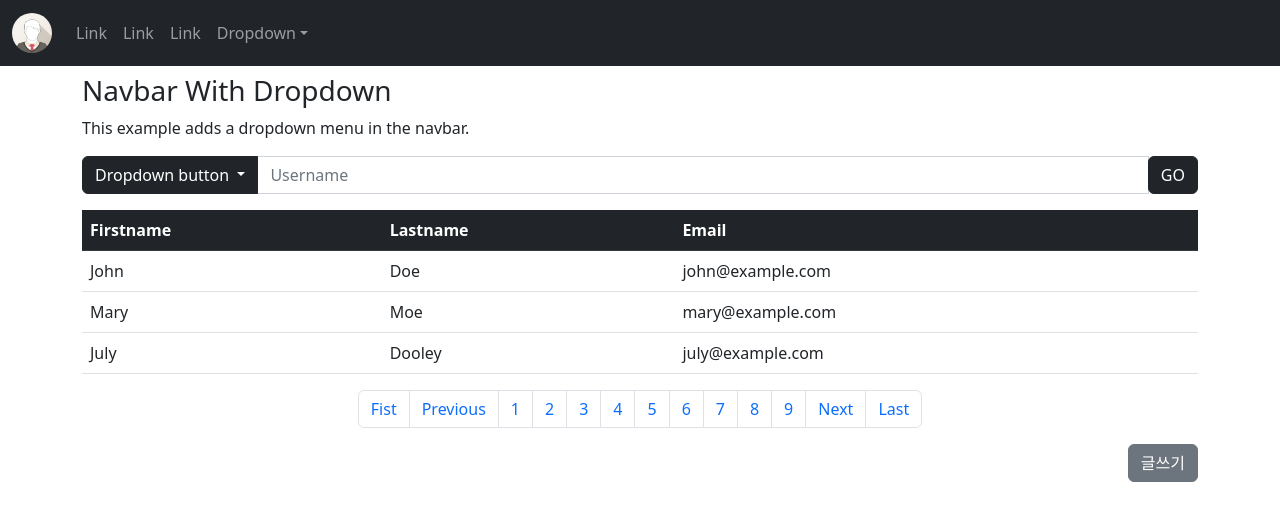
Repository: seoyeon0619/WebProgramming
Page: workspace1/myhome2/src/main/webapp/디자인/board_write.html
These files come from the project's save history. The page is drawn as it stood at one moment and after the next save; the edit follows.
The browser window is 1280 px wide. The pictures show the whole page.

Above is the page before, as saved 2022-12-30 01:40:20.

### workspace1/myhome2/src/main/webapp/디자인/board_write.html
<!DOCTYPE html>
<html lang="en">
<head>
  <title>Bootstrap Example</title>
  <meta charset="utf-8">
  <meta name="viewport" content="width=device-width, initial-scale=1">
  <link href="https://cdn.jsdelivr.net/npm/bootstrap@5.2.3/dist/css/bootstrap.min.css" rel="stylesheet">
  <script src="https://cdn.jsdelivr.net/npm/bootstrap@5.2.3/dist/js/bootstrap.bundle.min.js"></script>
</head>
<body>

<nav class="navbar navbar-expand-sm bg-dark navbar-dark">
  <div class="container-fluid">
   	<a class="navbar-brand" href="#">
      <img src="/myhome2/images/p.png" alt="Logo" style="width:40px;" class="rounded-pill">
    </a>

    <button class="navbar-toggler" type="button" data-bs-toggle="collapse" data-bs-target="#collapsibleNavbar">
      <span class="navbar-toggler-icon"></span>
    </button>

    <div class="collapse navbar-collapse" id="collapsibleNavbar">
      <ul class="navbar-nav">
        <li class="nav-item">
          <a class="nav-link" href="#">Link</a>
        </li>
        <li class="nav-item">
          <a class="nav-link" href="#">Link</a>
        </li>
        <li class="nav-item">
          <a class="nav-link" href="#">Link</a>
        </li>
        <li class="nav-item dropdown">
          <a class="nav-link dropdown-toggle" href="#" role="button" data-bs-toggle="dropdown">Dropdown</a>
          <ul class="dropdown-menu">
            <li><a class="dropdown-item" href="#">Link</a></li>
            <li><a class="dropdown-item" href="#">Another link</a></li>
            <li><a class="dropdown-item" href="#">A third link</a></li>
          </ul>
        </li>
      </ul>
    </div>
  </div>
</nav>

<div class="container">
	<h1> </h1>
  <h3>Navbar With Dropdown</h3>
  <p>This example adds a dropdown menu in the navbar.</p>

  <div class="input-group mt-3 mb-3">
    <button type="button" class="btn btn-dark dropdown-toggle" data-bs-toggle="dropdown">
      Dropdown button
    </button>
    <ul class="dropdown-menu">
      <li><a class="dropdown-item" href="#">Link 1</a></li>
      <li><a class="dropdown-item" href="#">Link 2</a></li>
      <li><a class="dropdown-item" href="#">Link 3</a></li>
    </ul>
    <input type="text" class="form-control" placeholder="Username">
    <div class="input-group-append">
    	<button class="btn btn-dark" type="button">GO</button>
    </div>
  </div>

  <table class="table">
    <thead class="table-dark">
      <tr>
        <th>Firstname</th>
        <th>Lastname</th>
        <th>Email</th>
      </tr>
    </thead>
    <tbody>
      <tr>
        <td>John</td>
        <td>Doe</td>
        <td>john@example.com</td>
      </tr>
      <tr>
        <td>Mary</td>
        <td>Moe</td>
        <td>mary@example.com</td>
      </tr>
      <tr>
        <td>July</td>
        <td>Dooley</td>
        <td>july@example.com</td>
      </tr>
    </tbody>
  </table>
</div>

  <div class="container" style="text-align:center">
  <ul class="pagination justify-content-center">
    <li class="page-item"><a class="page-link" href="#">Fist</a></li>
    <li class="page-item"><a class="page-link" href="#">Previous</a></li>
    <li class="page-item"><a class="page-link" href="#">1</a></li>
    <li class="page-item"><a class="page-link" href="#">2</a></li>
    <li class="page-item"><a class="page-link" href="#">3</a></li>
    <li class="page-item"><a class="page-link" href="#">4</a></li>
    <li class="page-item"><a class="page-link" href="#">5</a></li>
    <li class="page-item"><a class="page-link" href="#">6</a></li>
    <li class="page-item"><a class="page-link" href="#">7</a></li>
    <li class="page-item"><a class="page-link" href="#">8</a></li>
    <li class="page-item"><a class="page-link" href="#">9</a></li>
    <li class="page-item"><a class="page-link" href="#">Next</a></li>
    <li class="page-item"><a class="page-link" href="#">Last</a></li>
  </ul>
 </div>

<div class="container" style="text-align:right">
	<button type="button" class="btn btn-secondary">글쓰기</button>
</div>
</body>
</html>

After the next save:
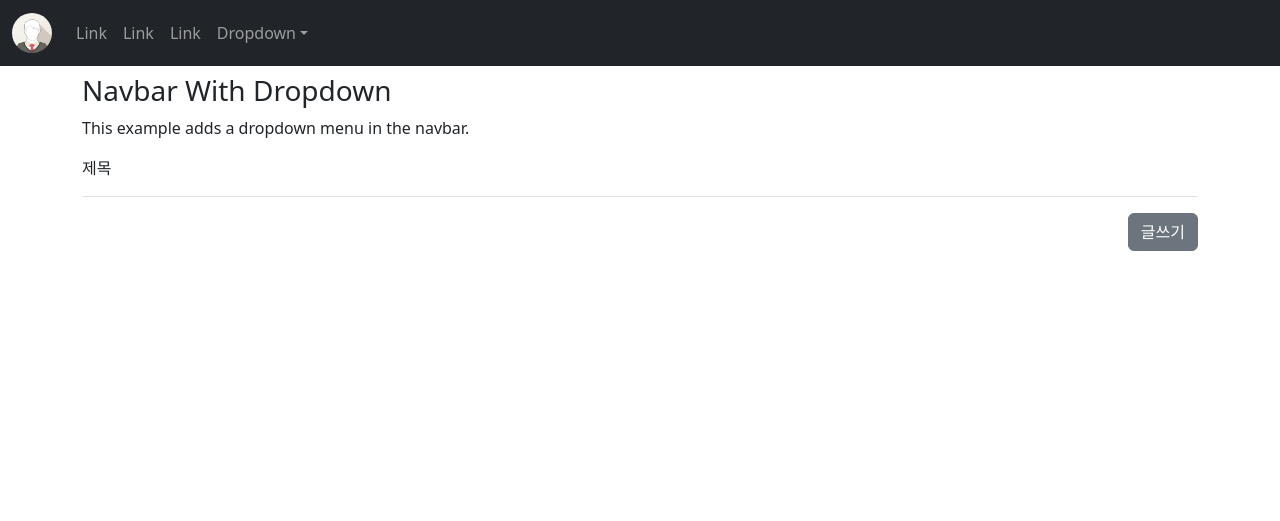
Saved 6 min 26 s later.
--- a/workspace1/myhome2/src/main/webapp/디자인/board_write.html
+++ b/workspace1/myhome2/src/main/webapp/디자인/board_write.html
@@ -48,66 +48,22 @@
   <h3>Navbar With Dropdown</h3>
   <p>This example adds a dropdown menu in the navbar.</p>
 
-  <div class="input-group mt-3 mb-3">
-    <button type="button" class="btn btn-dark dropdown-toggle" data-bs-toggle="dropdown">
-      Dropdown button
-    </button>
-    <ul class="dropdown-menu">
-      <li><a class="dropdown-item" href="#">Link 1</a></li>
-      <li><a class="dropdown-item" href="#">Link 2</a></li>
-      <li><a class="dropdown-item" href="#">Link 3</a></li>
-    </ul>
-    <input type="text" class="form-control" placeholder="Username">
-    <div class="input-group-append">
-    	<button class="btn btn-dark" type="button">GO</button>
-    </div>
-  </div>
 
   <table class="table">
-    <thead class="table-dark">
-      <tr>
-        <th>Firstname</th>
-        <th>Lastname</th>
-        <th>Email</th>
-      </tr>
-    </thead>
+  <colgroup>
+  	<col width="30%">
+  	<col width="*">
+  </colgroup>
     <tbody>
-      <tr>
-        <td>John</td>
-        <td>Doe</td>
-        <td>john@example.com</td>
-      </tr>
-      <tr>
-        <td>Mary</td>
-        <td>Moe</td>
-        <td>mary@example.com</td>
-      </tr>
-      <tr>
-        <td>July</td>
-        <td>Dooley</td>
-        <td>july@example.com</td>
+      <tr>제목</td>
+      <td>
+
+      </td>
       </tr>
     </tbody>
   </table>
 </div>
 
-  <div class="container" style="text-align:center">
-  <ul class="pagination justify-content-center">
-    <li class="page-item"><a class="page-link" href="#">Fist</a></li>
-    <li class="page-item"><a class="page-link" href="#">Previous</a></li>
-    <li class="page-item"><a class="page-link" href="#">1</a></li>
-    <li class="page-item"><a class="page-link" href="#">2</a></li>
-    <li class="page-item"><a class="page-link" href="#">3</a></li>
-    <li class="page-item"><a class="page-link" href="#">4</a></li>
-    <li class="page-item"><a class="page-link" href="#">5</a></li>
-    <li class="page-item"><a class="page-link" href="#">6</a></li>
-    <li class="page-item"><a class="page-link" href="#">7</a></li>
-    <li class="page-item"><a class="page-link" href="#">8</a></li>
-    <li class="page-item"><a class="page-link" href="#">9</a></li>
-    <li class="page-item"><a class="page-link" href="#">Next</a></li>
-    <li class="page-item"><a class="page-link" href="#">Last</a></li>
-  </ul>
- </div>
 
 <div class="container" style="text-align:right">
 	<button type="button" class="btn btn-secondary">글쓰기</button>
